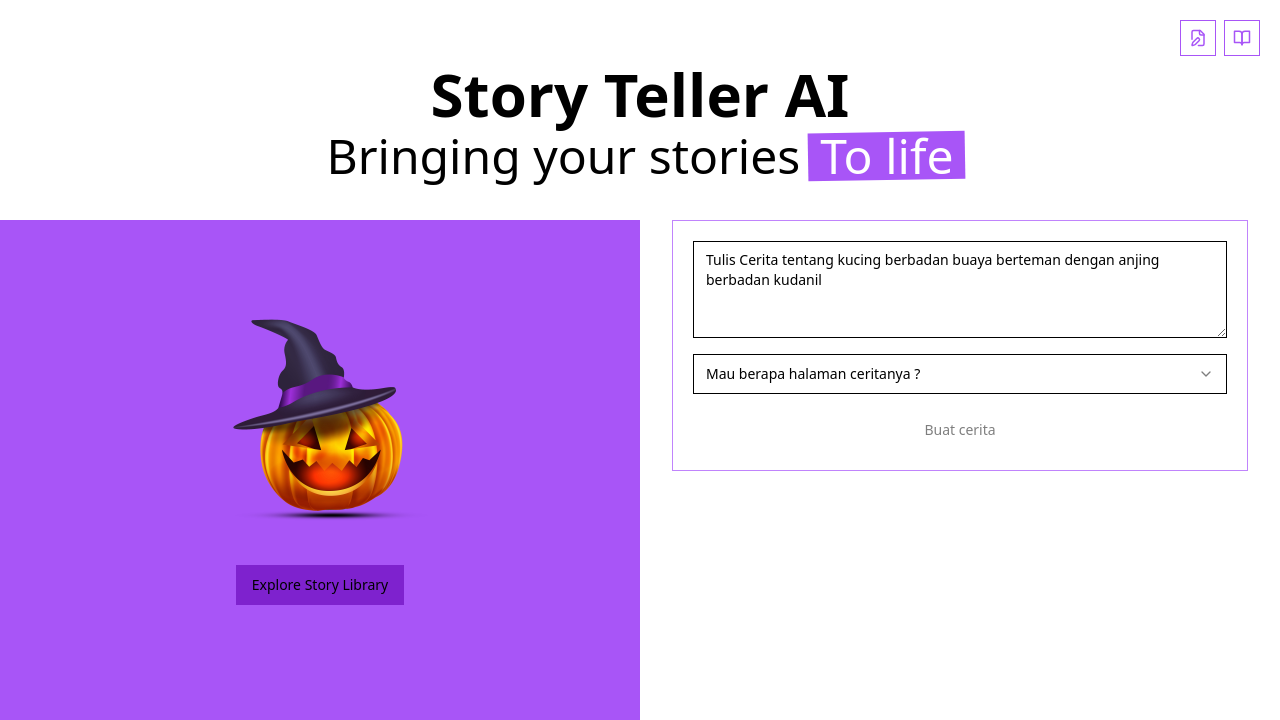
Repository: KilluaProject/story-tellerAI
Page: /
An editor plug-in stored every save of this project. The page is shown before and after the next save, followed by the edit.
The browser window is 1280 px wide. The pictures show the whole page.
The project was rebuilt for these pictures with package versions that can differ from the ones it lists, and the page was loaded fresh each time. The framework's server and built-in components were replaced by stand-ins that run in the browser. Also part of the build but not shown: next.config.mjs.

Above is the page before, as saved 2024-06-25 14:08:09.

### app/layout.tsx
import type { Metadata } from "next";
import { Inter } from "next/font/google";
import "./globals.css";
import Header from "@/components/Header";

const inter = Inter({ subsets: ["latin"] });

export const metadata: Metadata = {
  title: "Story Telling AI",
  description: "Generated by create next app",
};

export default function RootLayout({
  children,
}: Readonly<{
  children: React.ReactNode;
}>) {
  return (
    <html lang="en">
      <body className="flex flex-col min-h-screen">
        <Header/>
        {children}

      </body>
    </html>
  );
}

### app/page.tsx
import { Button } from "@/components/ui/button";
import Image from "next/image";
import Link from "next/link";
import logo from "/images/logo.png"
import StoryWriter from "@/components/StoryWriter";
export default function Home() {
  return (
    <main className="mt-10 flex-1 flex flex-col">
      <section className="flex-1 grid grid-cols-1 lg:grid-cols-2">
        <div className="flex flex-col bg-purple-500  gap-5 justify-center items-center order-1 lg:-order-1 pb-10 ">

          <Image alt="logo" width={250} height={250} src={logo}/>
          <Button asChild className="bg-purple-700">
            <Link href={'/story'}>Explore Story Library</Link>
          </Button>
        </div>

        <StoryWriter/>
      </section>
    </main>
  );
}

### components/Header.tsx
import Link from 'next/link'
import React from 'react'
import { Button } from './ui/button'
import { BookOpen, FilePen } from 'lucide-react'

const Header = () => {
  return (
    <header className='container relative pt-16'>
        <Link href={'/'}>
            <h1 className='text-center text-6xl font-black '>Story Teller AI</h1>
            <div className='flex space-x-5 text-3xl lg:text-5xl justify-center items-center whitespace-nowrap pt-2'>
                <h2 className=''>Bringing your stories</h2>
                <div className='relative'>
                    <div className='absolute bg-purple-500 -left-2 -top-1 -bottom-1 -right-2 md:-left-3 md:-top-0 md:-bottom-0 md:-right-3 -rotate-1'/>
                    <p className='relative text-white'>To life</p>
                </div>
            </div>
        </Link>
        {/* Nav Icon */}
        <div className='flex gap-2 absolute -top-5 right-5'>
            <Link href={'/'}>
                <FilePen className='w-8 h-8 lg:w-9 lg:h-9 mx-auto text-purple-500 mt-10 border border-purple-500 rounded-md p-2 hover:opacity-50 cursor-pointer'/>
            </Link>

            <Link href={'/stories'}>
                <BookOpen className='w-8 h-8 lg:w-9 lg:h-9 mx-auto text-purple-500 mt-10 border border-purple-500 rounded-md p-2 hover:opacity-50 cursor-pointer' />
            </Link>
        </div>
    </header>
  )
}

export default Header

### components/ui/button.tsx
import * as React from "react"
import { Slot } from "@radix-ui/react-slot"
import { cva, type VariantProps } from "class-variance-authority"

import { cn } from "@/lib/utils"

const buttonVariants = cva(
  "inline-flex items-center justify-center whitespace-nowrap rounded-md text-sm font-medium ring-offset-background transition-colors focus-visible:outline-none focus-visible:ring-2 focus-visible:ring-ring focus-visible:ring-offset-2 disabled:pointer-events-none disabled:opacity-50",
  {
    variants: {
      variant: {
        default: "bg-primary text-primary-foreground hover:bg-primary/90",
        destructive:
          "bg-destructive text-destructive-foreground hover:bg-destructive/90",
        outline:
          "border border-input bg-background hover:bg-accent hover:text-accent-foreground",
        secondary:
          "bg-secondary text-secondary-foreground hover:bg-secondary/80",
        ghost: "hover:bg-accent hover:text-accent-foreground",
        link: "text-primary underline-offset-4 hover:underline",
      },
      size: {
        default: "h-10 px-4 py-2",
        sm: "h-9 rounded-md px-3",
        lg: "h-11 rounded-md px-8",
        icon: "h-10 w-10",
      },
    },
    defaultVariants: {
      variant: "default",
      size: "default",
    },
  }
)

export interface ButtonProps
  extends React.ButtonHTMLAttributes<HTMLButtonElement>,
    VariantProps<typeof buttonVariants> {
  asChild?: boolean
}

const Button = React.forwardRef<HTMLButtonElement, ButtonProps>(
  ({ className, variant, size, asChild = false, ...props }, ref) => {
    const Comp = asChild ? Slot : "button"
    return (
      <Comp
        className={cn(buttonVariants({ variant, size, className }))}
        ref={ref}
        {...props}
      />
    )
  }
)
Button.displayName = "Button"

export { Button, buttonVariants }

### components/StoryWriter.tsx
'use client'

import React, { useState } from 'react'
import { Textarea } from './ui/textarea'
import { Select, SelectContent, SelectItem, SelectTrigger, SelectValue } from './ui/select'
import { Button } from './ui/button'

const StoryWriter = () => {

const [story,setStory] =useState<string>("");
const [pages,setPages] = useState<number>();

  return (
   <div className='container flex flex-col'>
    <section className='flex flex-1 flex-col border border-purple-400 p-5 rounded-md gap-4'>
        <Textarea
        value={story}
        onChange={(e) => setStory(e.target.value)}
        className='flex-1 text-black active:border-purple-400'
        placeholder='Tulis Cerita tentang kucing berbadan buaya berteman dengan anjing berbadan kudanil'/>

        <Select onValueChange={value => setPages(parseInt(value)) }>
            <SelectTrigger>
                <SelectValue className='placeholder:text-opacity-50 select-none' placeholder='Mau berapa halaman ceritanya ?'/>
            </SelectTrigger>

            <SelectContent >
                {Array.from({length: 10}, (_,i) => (

                    <SelectItem key={i} value={String(i+1)}>
                    { i + 1 }
                    </SelectItem>

                ))}
            </SelectContent>

        </Select>
        <Button
        disabled = {!story || !pages}
        className='w-full'>Buat cerita</Button>
    </section>

    <section className='flex-1 pb-5 mt-5'>
        <div className='flex flex-col-reverse w-full gap-2 bg-slate-600'>

        </div>
    </section>

   </div>
  )
}

export default StoryWriter

### components/ui/textarea.tsx
import * as React from "react"

import { cn } from "@/lib/utils"

export interface TextareaProps
  extends React.TextareaHTMLAttributes<HTMLTextAreaElement> {}

const Textarea = React.forwardRef<HTMLTextAreaElement, TextareaProps>(
  ({ className, ...props }, ref) => {
    return (
      <textarea
        className={cn(
          "flex min-h-[80px] w-full rounded-md border border-input bg-background px-3 py-2 text-sm ring-offset-background placeholder:text-muted-foreground focus-visible:outline-none focus-visible:ring-2 focus-visible:ring-ring focus-visible:ring-offset-2 disabled:cursor-not-allowed disabled:opacity-50",
          className
        )}
        ref={ref}
        {...props}
      />
    )
  }
)
Textarea.displayName = "Textarea"

export { Textarea }

### components/ui/select.tsx
"use client"

import * as React from "react"
import * as SelectPrimitive from "@radix-ui/react-select"
import { Check, ChevronDown, ChevronUp } from "lucide-react"

import { cn } from "@/lib/utils"

const Select = SelectPrimitive.Root

const SelectGroup = SelectPrimitive.Group

const SelectValue = SelectPrimitive.Value

const SelectTrigger = React.forwardRef<
  React.ElementRef<typeof SelectPrimitive.Trigger>,
  React.ComponentPropsWithoutRef<typeof SelectPrimitive.Trigger>
>(({ className, children, ...props }, ref) => (
  <SelectPrimitive.Trigger
    ref={ref}
    className={cn(
      "flex h-10 w-full items-center justify-between rounded-md border border-input bg-background px-3 py-2 text-sm ring-offset-background placeholder:text-muted-foreground focus:outline-none focus:ring-2 focus:ring-ring focus:ring-offset-2 disabled:cursor-not-allowed disabled:opacity-50 [&>span]:line-clamp-1",
      className
    )}
    {...props}
  >
    {children}
    <SelectPrimitive.Icon asChild>
      <ChevronDown className="h-4 w-4 opacity-50" />
    </SelectPrimitive.Icon>
  </SelectPrimitive.Trigger>
))
SelectTrigger.displayName = SelectPrimitive.Trigger.displayName

const SelectScrollUpButton = React.forwardRef<
  React.ElementRef<typeof SelectPrimitive.ScrollUpButton>,
  React.ComponentPropsWithoutRef<typeof SelectPrimitive.ScrollUpButton>
>(({ className, ...props }, ref) => (
  <SelectPrimitive.ScrollUpButton
    ref={ref}
    className={cn(
      "flex cursor-default items-center justify-center py-1",
      className
    )}
    {...props}
  >
    <ChevronUp className="h-4 w-4" />
  </SelectPrimitive.ScrollUpButton>
))
SelectScrollUpButton.displayName = SelectPrimitive.ScrollUpButton.displayName

const SelectScrollDownButton = React.forwardRef<
  React.ElementRef<typeof SelectPrimitive.ScrollDownButton>,
  React.ComponentPropsWithoutRef<typeof SelectPrimitive.ScrollDownButton>
>(({ className, ...props }, ref) => (
  <SelectPrimitive.ScrollDownButton
    ref={ref}
    className={cn(
      "flex cursor-default items-center justify-center py-1",
      className
    )}
    {...props}
  >
    <ChevronDown className="h-4 w-4" />
  </SelectPrimitive.ScrollDownButton>
))
SelectScrollDownButton.displayName =
  SelectPrimitive.ScrollDownButton.displayName

const SelectContent = React.forwardRef<
  React.ElementRef<typeof SelectPrimitive.Content>,
  React.ComponentPropsWithoutRef<typeof SelectPrimitive.Content>
>(({ className, children, position = "popper", ...props }, ref) => (
  <SelectPrimitive.Portal>
    <SelectPrimitive.Content
      ref={ref}
      className={cn(
        "relative z-50 max-h-96 min-w-[8rem] overflow-hidden rounded-md border bg-popover text-popover-foreground shadow-md data-[state=open]:animate-in data-[state=closed]:animate-out data-[state=closed]:fade-out-0 data-[state=open]:fade-in-0 data-[state=closed]:zoom-out-95 data-[state=open]:zoom-in-95 data-[side=bottom]:slide-in-from-top-2 data-[side=left]:slide-in-from-right-2 data-[side=right]:slide-in-from-left-2 data-[side=top]:slide-in-from-bottom-2",
        position === "popper" &&
          "data-[side=bottom]:translate-y-1 data-[side=left]:-translate-x-1 data-[side=right]:translate-x-1 data-[side=top]:-translate-y-1",
        className
      )}
      position={position}
      {...props}
    >
      <SelectScrollUpButton />
      <SelectPrimitive.Viewport
        className={cn(
          "p-1",
          position === "popper" &&
            "h-[var(--radix-select-trigger-height)] w-full min-w-[var(--radix-select-trigger-width)]"
        )}
      >
        {children}
      </SelectPrimitive.Viewport>
      <SelectScrollDownButton />
    </SelectPrimitive.Content>
  </SelectPrimitive.Portal>
))
SelectContent.displayName = SelectPrimitive.Content.displayName

const SelectLabel = React.forwardRef<
  React.ElementRef<typeof SelectPrimitive.Label>,
  React.ComponentPropsWithoutRef<typeof SelectPrimitive.Label>
>(({ className, ...props }, ref) => (
  <SelectPrimitive.Label
    ref={ref}
    className={cn("py-1.5 pl-8 pr-2 text-sm font-semibold", className)}
    {...props}
  />
))
SelectLabel.displayName = SelectPrimitive.Label.displayName

const SelectItem = React.forwardRef<
  React.ElementRef<typeof SelectPrimitive.Item>,
  React.ComponentPropsWithoutRef<typeof SelectPrimitive.Item>
>(({ className, children, ...props }, ref) => (
  <SelectPrimitive.Item
    ref={ref}
    className={cn(
      "relative flex w-full cursor-default select-none items-center rounded-sm py-1.5 pl-8 pr-2 text-sm outline-none focus:bg-accent focus:text-accent-foreground data-[disabled]:pointer-events-none data-[disabled]:opacity-50",
      className
    )}
    {...props}
  >
    <span className="absolute left-2 flex h-3.5 w-3.5 items-center justify-center">
      <SelectPrimitive.ItemIndicator>
        <Check className="h-4 w-4" />
      </SelectPrimitive.ItemIndicator>
    </span>

    <SelectPrimitive.ItemText>{children}</SelectPrimitive.ItemText>
  </SelectPrimitive.Item>
))
SelectItem.displayName = SelectPrimitive.Item.displayName

const SelectSeparator = React.forwardRef<
  React.ElementRef<typeof SelectPrimitive.Separator>,
  React.ComponentPropsWithoutRef<typeof SelectPrimitive.Separator>
>(({ className, ...props }, ref) => (
  <SelectPrimitive.Separator
    ref={ref}
    className={cn("-mx-1 my-1 h-px bg-muted", className)}
    {...props}
  />
))
SelectSeparator.displayName = SelectPrimitive.Separator.displayName

export {
  Select,
  SelectGroup,
  SelectValue,
  SelectTrigger,
  SelectContent,
  SelectLabel,
  SelectItem,
  SelectSeparator,
  SelectScrollUpButton,
  SelectScrollDownButton,
}

Loaded but not shown: app/globals.css (common file); lib/utils.ts (common file); tailwind.config.ts (common file)

After the next save:
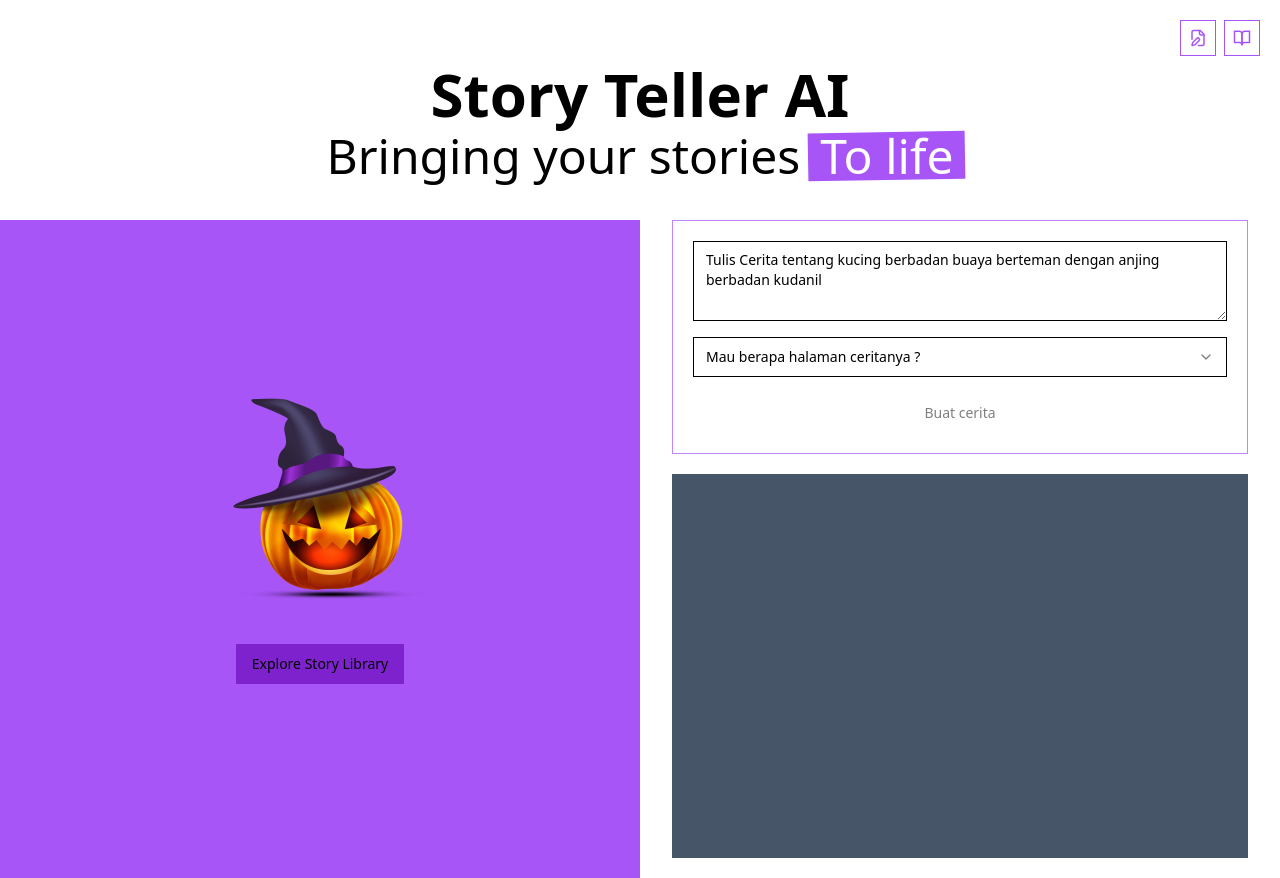
Saved 49 s later.
--- a/components/StoryWriter.tsx
+++ b/components/StoryWriter.tsx
@@ -41,7 +41,7 @@
     </section>
 
     <section className='flex-1 pb-5 mt-5'>
-        <div className='flex flex-col-reverse w-full gap-2 bg-slate-600'>
+        <div className='flex flex-col-reverse w-full gap-2 bg-slate-600 text-gray-200 rounded-md font-mono h-96'>
 
         </div>
     </section>
